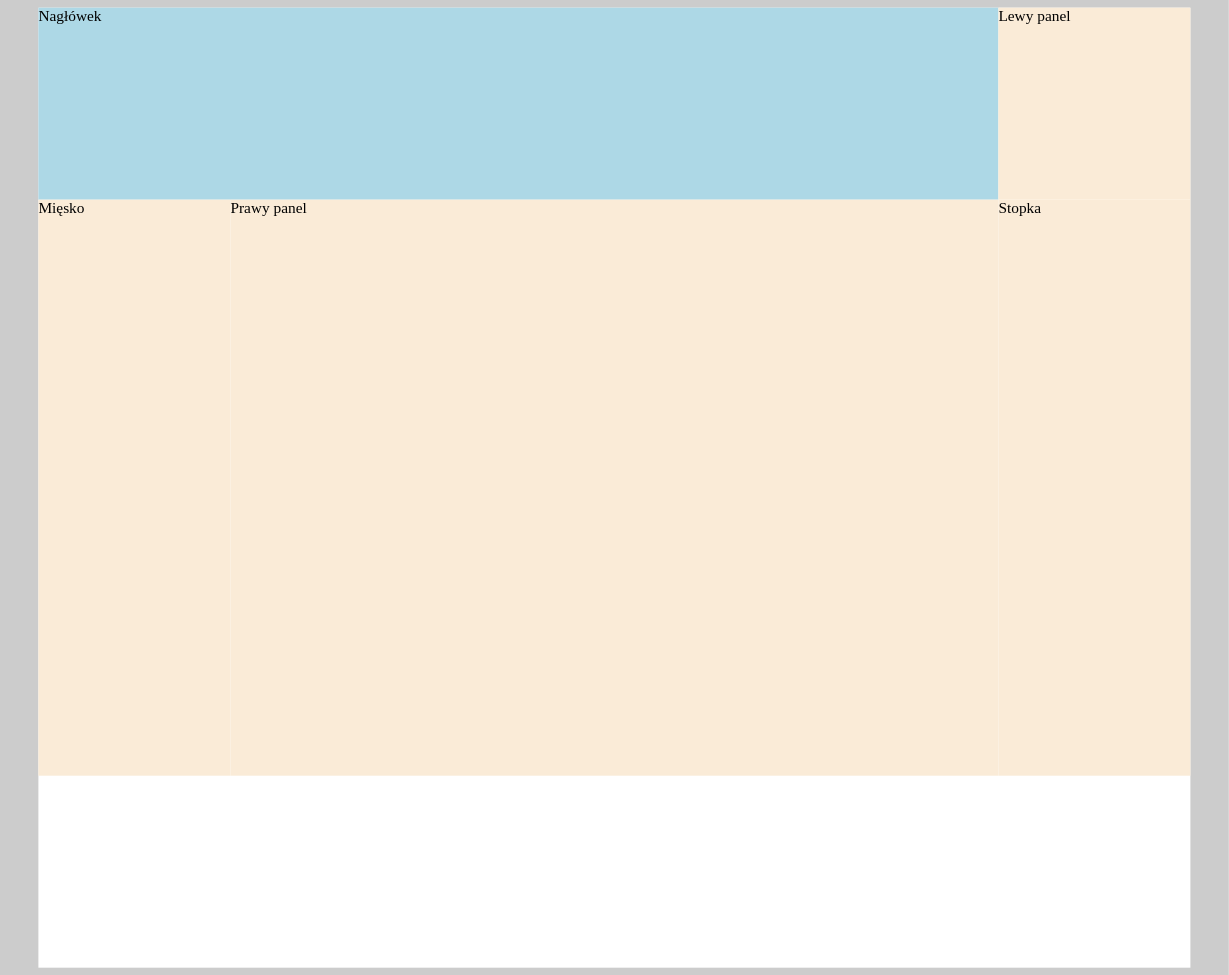
Repository: Gumiin/studia
Page: wykłady/14.04/index.html
The author's editor kept a copy of each file at every save. The page is drawn from the files as they stood at one save, then again after the next save.
The browser window is 1280 px wide. The pictures show the whole page, at 96% of full size.

Above is the page before, as saved 2021-04-14 14:00:54.

### wykłady/14.04/index.html
<!DOCTYPE html>
<html lang="en">
<head>
    <meta charset="UTF-8">
    <meta http-equiv="X-UA-Compatible" content="IE=edge">
    <meta name="viewport" content="width=device-width, initial-scale=1.0">
    <link rel="stylesheet" href="style.css">
    <title>Document</title>
</head>
<body>
    <main>
        <header>Nagłówek</header>
        <aside>Lewy panel</aside>
        <article>Mięsko</article>
        <section>Prawy panel</section>
        <footer>Stopka</footer>
    </main>
</body>
</html>

### wykłady/14.04/style.css
body{
    background-color: #ccc;
}
main{
    margin: 0 auto;
    background:#fff;
    /*height: 800px;*/
    width: 1200px;
    display: grid;
    grid-template-columns: 200px 800px 200px;
    grid-template-rows: 200px 600px 200px;
    /*grid-auto-rows: 400px;*/
}
main > *{
    background-color: antiquewhite;
}
header{
    background-color: lightblue;
    grid-column-start: 1;
    grid-column-end: span 2;
    /* grid-column: 1/4; */
}

After the next save:
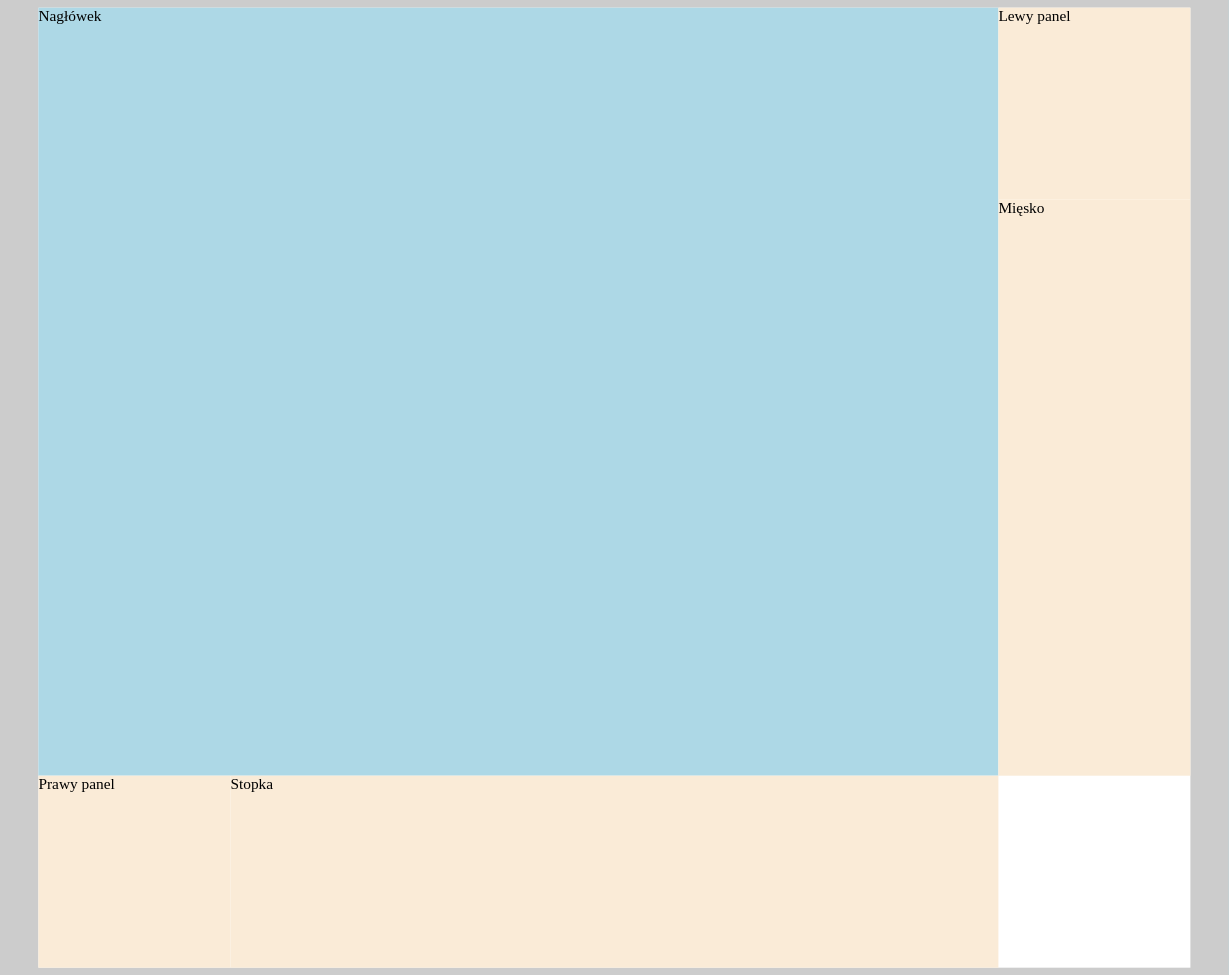
Saved 72 s later.
--- a/wykłady/14.04/style.css
+++ b/wykłady/14.04/style.css
@@ -17,6 +17,7 @@ main > *{
 header{
     background-color: lightblue;
     grid-column-start: 1;
-    grid-column-end: span 2;
+    grid-column-end: 3;
+    grid-row: 1/3;
     /* grid-column: 1/4; */
 }

After the save that followed:
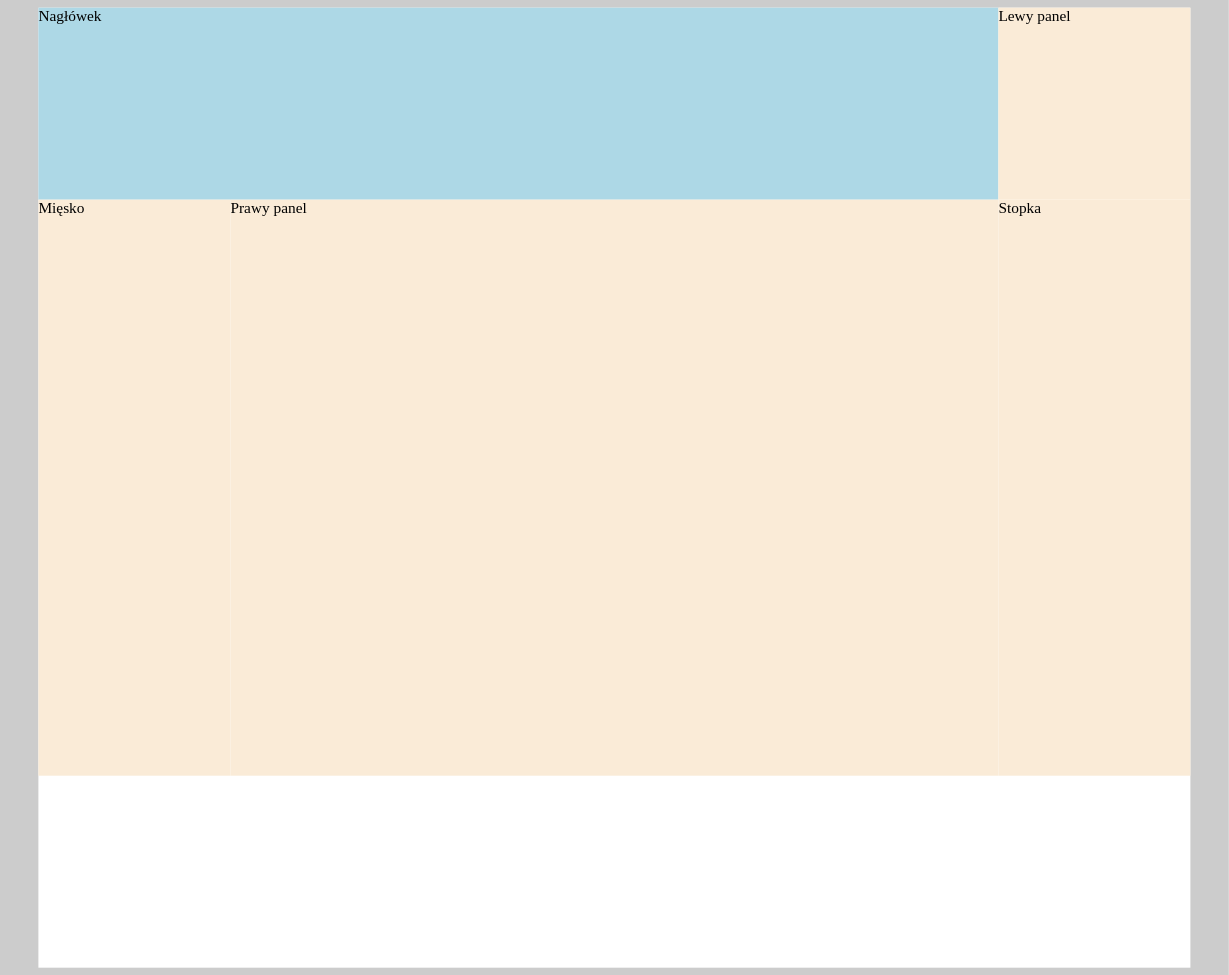
Saved 117 s later.
--- a/wykłady/14.04/style.css
+++ b/wykłady/14.04/style.css
@@ -7,7 +7,7 @@ main{
     /*height: 800px;*/
     width: 1200px;
     display: grid;
-    grid-template-columns: 200px 800px 200px;
+    grid-template-columns: [start] 200px [sl] 800px [thl] 200px [end];
     grid-template-rows: 200px 600px 200px;
     /*grid-auto-rows: 400px;*/
 }
@@ -18,6 +18,6 @@ header{
     background-color: lightblue;
     grid-column-start: 1;
     grid-column-end: 3;
-    grid-row: 1/3;
+    /* grid-row: 1/3; */
     /* grid-column: 1/4; */
 }
